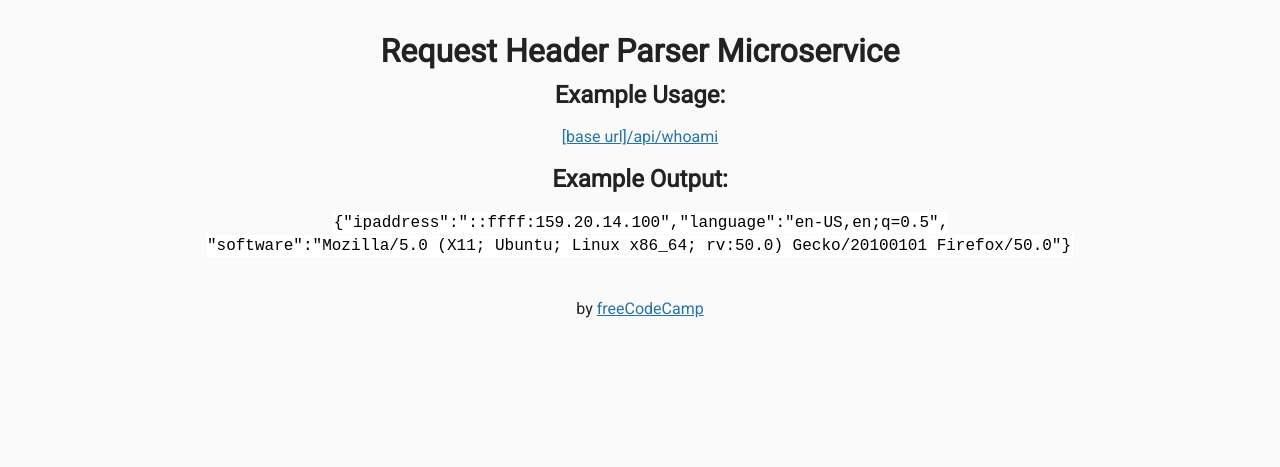
Repository: omarbougarne/req-certif
Page: views/index.html
An editor plug-in stored every save of this project. The page is shown before and after the next save, followed by the edit.
The browser window is 1280 px wide. The pictures show the whole page.

Above is the page before, as saved 2024-06-03 21:39:41.

After the next save:
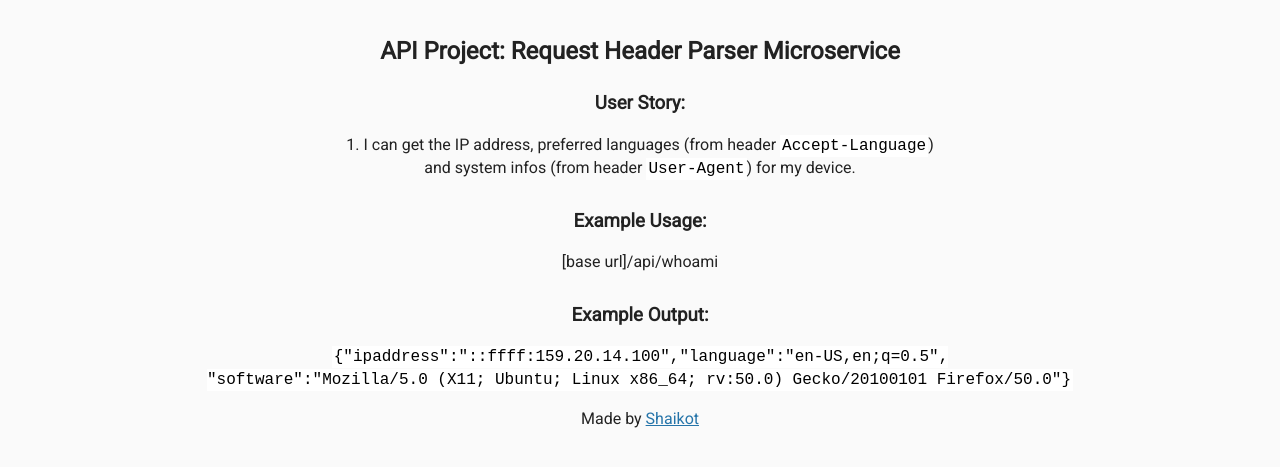
Saved 238 days later.
--- a/views/index.html
+++ b/views/index.html
@@ -2,33 +2,36 @@
 
 <html>
 
-   <head>
-      <title>Request Header Parser</title>
-      <link rel="shortcut icon" href="https://cdn.hyperdev.com/us-east-1%3A52a203ff-088b-420f-81be-45bf559d01b1%2Ffavicon.ico" type="image/x-icon"/>
-      <link href="https://fonts.googleapis.com/css?family=Roboto" rel="stylesheet" type="text/css">
-      <link href="style.css" rel="stylesheet" type="text/css">
-   </head>
+<head>
+  <title>Request Header Parser</title>
+  <link rel="shortcut icon"
+    href="https://cdn.hyperdev.com/us-east-1%3A52a203ff-088b-420f-81be-45bf559d01b1%2Ffavicon.ico"
+    type="image/x-icon" />
+  <link href="https://fonts.googleapis.com/css?family=Roboto" rel="stylesheet" type="text/css">
+  <link href="style.css" rel="stylesheet" type="text/css">
+</head>
 
-   <body>
-      <div class="container">
-        <h1>Request Header Parser Microservice</h1>
+<body>
+  <div class="container">
+    <h2>API Project: Request Header Parser Microservice</h2>
+    <h3>User Story: </h3>
+    1. I can get the IP address, preferred languages (from header <code>Accept-Language</code>)<br> and system infos
+    (from header <code>User-Agent</code>) for my device.
 
-        <h2>Example Usage:</h2>
-        <p>
-          <a href="api/whoami">[base url]/api/whoami</a>
-        </p>
+    <h3>Example Usage:</h3>
+    <p>
+      [base url]/api/whoami
+    </p>
 
-        <h2>Example Output:</h2>
-        <p>
-          <code>{"ipaddress":"::ffff:159.20.14.100","language":"en-US,en;q=0.5",<br>"software":"Mozilla/5.0 (X11; Ubuntu; Linux x86_64; rv:50.0) Gecko/20100101 Firefox/50.0"}</code>
-        </p>
-      </div>
-      <div class="footer">
-        <p>
-          by <a href="https://www.freecodecamp.org">freeCodeCamp</a>
-        </p>
-      </div>
-   </body>
+    <h3>Example Output:</h3>
+    <p>
+      <code>{"ipaddress":"::ffff:159.20.14.100","language":"en-US,en;q=0.5",<br>"software":"Mozilla/5.0 (X11; Ubuntu; Linux x86_64; rv:50.0) Gecko/20100101 Firefox/50.0"}</code>
+    </p>
+  </div>
+  <footer>
+    <p>Made by <a href="https://github.com/Shaikot007" target="_blank" rel="noopener noreferrer">Shaikot</a></p>
+  </footer>
 
+</body>
 
 </html>
